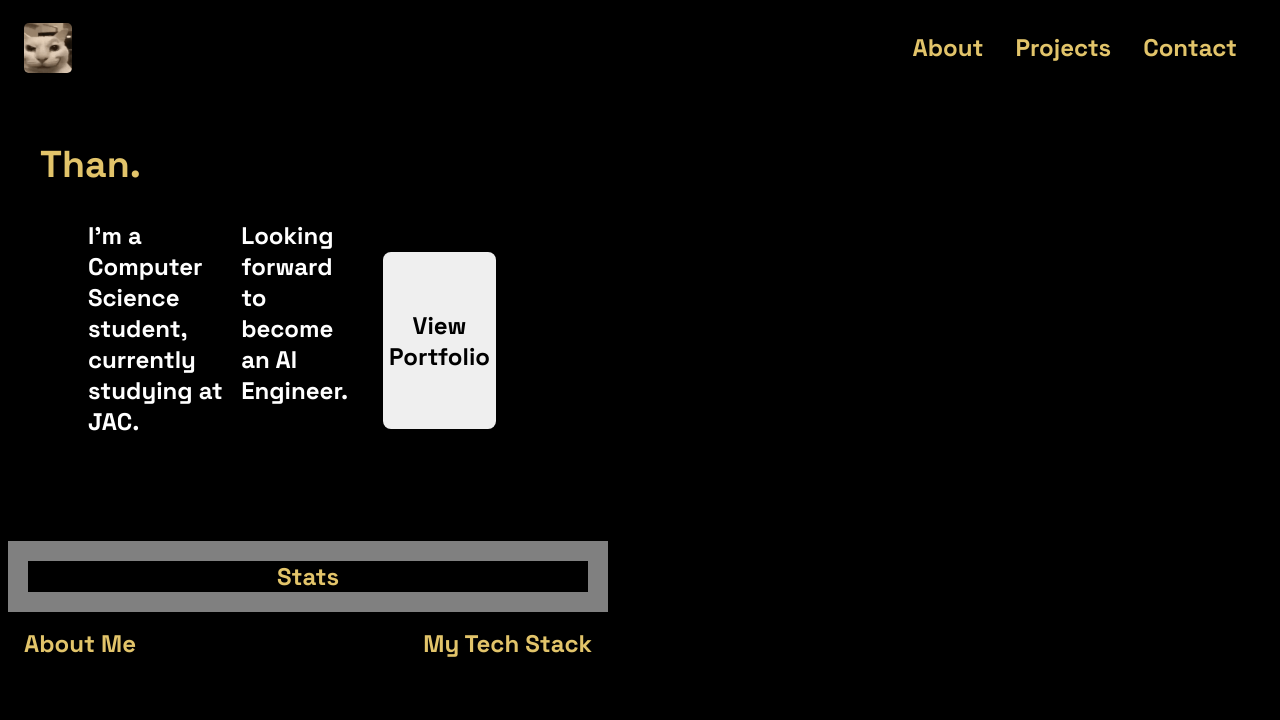
Repository: Than-dot/Than-dot
Page: index.html
The author's editor kept a copy of each file at every save. The page is drawn from the files as they stood at one save, then again after the next save.
The browser window is 1280 px wide. The pictures show the whole page.

Above is the page before, as saved 2026-05-06 12:32:17.

After the next save:
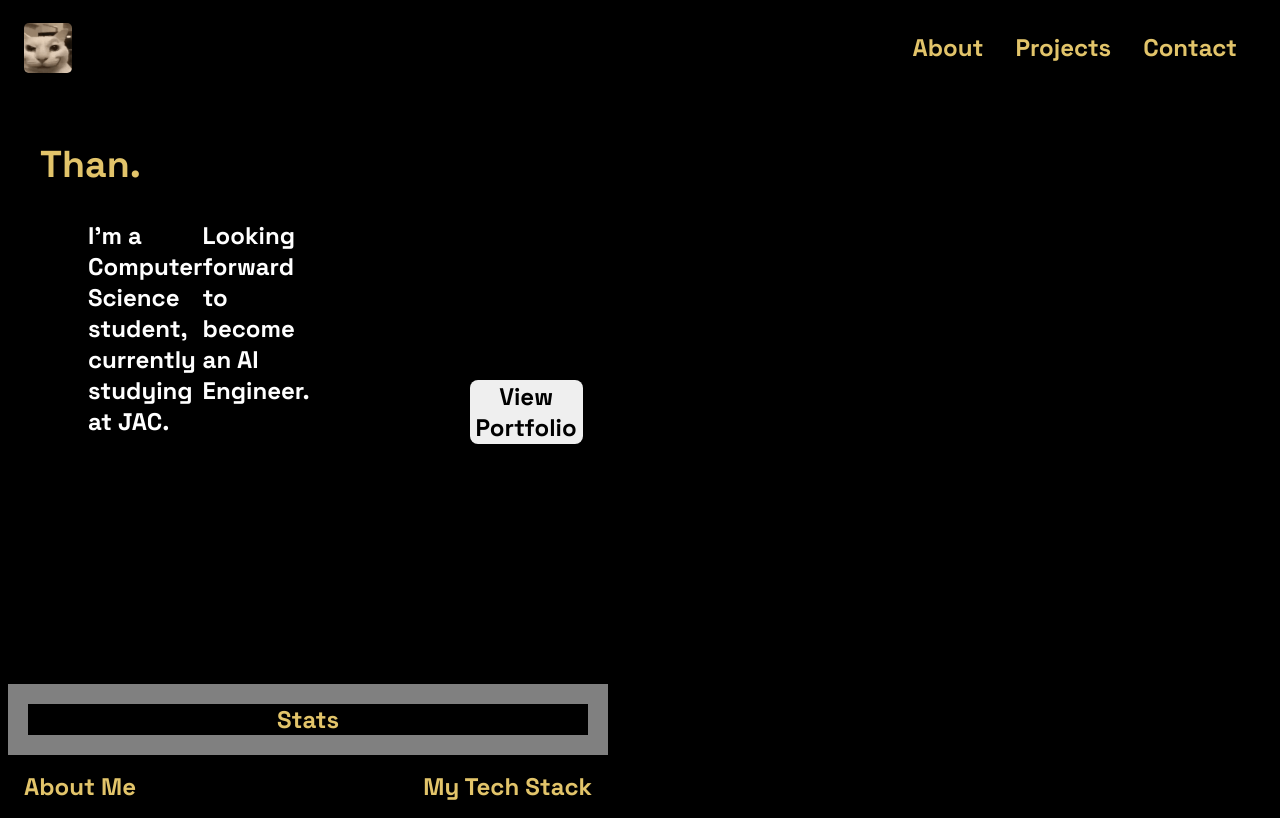
Saved 5 s later.
--- a/styles/index.css
+++ b/styles/index.css
@@ -48,7 +48,7 @@ button {
   border-radius: 8px;
   border: none;
   max-width: 10rem;
-  margin: 2rem;
+  margin: 10rem;
 }
 
 button:hover {
